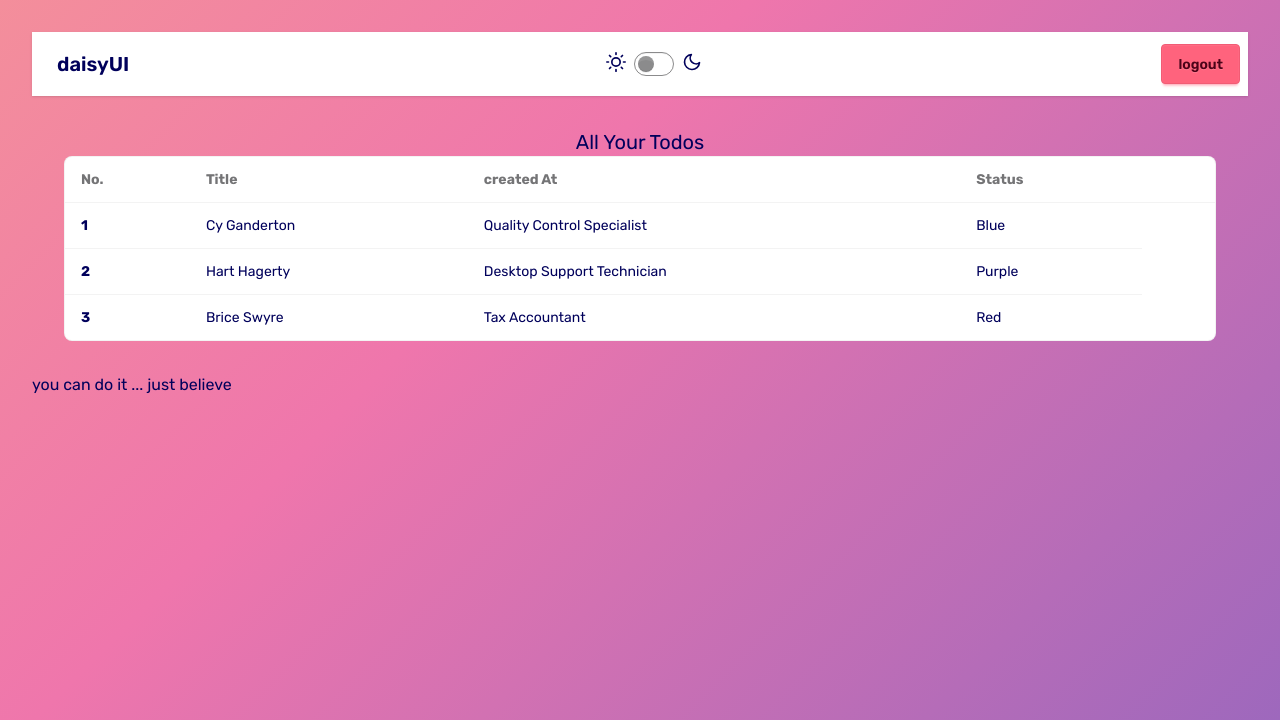
Repository: mariamnabil23/ToDo_App
Page: /
An editor plug-in stored every save of this project. The page is shown before and after a run of saves, followed by the edit.
The browser window is 1280 px wide. The pictures show the whole page.
Some web fonts or font styles are not loaded; a fallback is used. The project was rebuilt for these pictures with package versions that can differ from the ones it lists, and the page was loaded fresh each time. Requests to the local data server were answered from the project's data file. Also part of the build but not shown: vite.config.js, src/pages/Profile.jsx, src/pages/NotFound.jsx.

Above is the page before, as saved 2025-05-01 23:34:05.

### index.html
<!doctype html>
<html lang="en">
  <head>
    <meta charset="UTF-8" />
    <link rel="icon" type="image/svg+xml" href="/vite.svg" />
    <meta name="viewport" content="width=device-width, initial-scale=1.0" />

    <link rel="preconnect" href="https://fonts.googleapis.com">
<link rel="preconnect" href="https://fonts.gstatic.com" crossorigin>
<link href="https://fonts.googleapis.com/css2?family=Cairo:wght@200..1000&family=Indie+Flower&family=Poetsen+One&family=Rubik:ital,wght@0,300..900;1,300..900&family=Tagesschrift&family=Tajawal:wght@200;300;400;500;700;800;900&display=swap" rel="stylesheet">

    <title>ToDo App</title>
  </head>
  <body>
    <div id="root"></div>
    <script type="module" src="/src/main.jsx"></script>
  </body>
</html>

### src/main.jsx
import { StrictMode } from 'react'
import { createRoot } from 'react-dom/client'
import "./index.css"
import App from './App.jsx'
import { AuthContextProvider } from './context/AuthContext.jsx'
import { TodoContextProvider } from './context/TodoContext.jsx'
import { ThemeContextProvider } from './context/ThemeContext.jsx'

createRoot(document.getElementById('root')).render(
  <StrictMode>
    <AuthContextProvider>
      <TodoContextProvider>
        <ThemeContextProvider>
          <App />
        </ThemeContextProvider>
      </TodoContextProvider>
    </AuthContextProvider>
  </StrictMode>,
)

### src/index.css
@import "tailwindcss";
@plugin "daisyui";

body{
    min-height: 100vh;
    font-family: "Rubik", sans-serif;
    font-optical-sizing: auto;
    font-style: normal;
}


.app{
    min-height: 100vh;

    display: flex;
  flex-direction: column;
}

.lightMood {
  background: linear-gradient(-45deg, #4158D0, #ef76ac, #FFCC70, #00DBDE);
  background-size: 400% 400%;
  animation: gradientMove 10s ease infinite;
}

@keyframes gradientMove {
  0% {
    background-position: 0% 50%;
  }
  50% {
    background-position: 100% 50%;
  }
  100% {
    background-position: 0% 50%;
  }
}

.darkMood{
    background-color: rgb(1, 1, 62);
    color: bisque;

}

table, .navbar, .modal{
    color:  rgb(0, 0, 91);
}

### src/App.jsx
import { useContext } from "react"
import { ThemeContext } from "./context/ThemeContext"
import "./App.css"
import { BrowserRouter, Routes, Route } from 'react-router-dom';

import Layout from "./layout/Layout";
import Home from "./pages/Home"
import Profile from "./pages/Profile"
import NotFound from "./pages/NotFound"


function App() {

  const {dark} = useContext(ThemeContext);

  return (
    <>
      <div className={dark ? "app  darkMood" : "app  lightMood"}  >

      <BrowserRouter>
        <Routes>
          <Route path="/"  element={ <Layout/> } >

          <Route index={true}  element={ <Home/> } />
          <Route path="profile"  element={ <Profile/> } />
          <Route path="*" element={<NotFound />} />

          </Route>

        </Routes>
      </BrowserRouter>

      </div>
    </>
  )
}

export default App

### src/context/AuthContext.jsx
import axios from "axios";
import { createContext, useEffect, useState } from "react";
import emailjs from 'emailjs-com';
import toast from "react-hot-toast";


// 1- create context
export const AuthContext = createContext();

// 2- create provider function that contain all data we will send (value)
export const AuthContextProvider = ({ children }) => {
    const [allUsers, setAllUsers] = useState([]);
    const [currentUser, setCurrentUser] = useState(() => {
        const savedUser = sessionStorage.getItem("currentUser");
        return savedUser ? JSON.parse(savedUser) : null;
    });

    const urlAPI = "http://localhost:3000/users";
    // fetch all users from API
    const fetchUsers = () => {
        axios
            .get(urlAPI)
            .then((res) => setAllUsers(res.data))
            .catch((err) => console.log("Error fetching users ❌", err));
    };

    useEffect(() => {
        fetchUsers();

    }, []);

    // login
    const handleLogin = (userInfo) => {
        setCurrentUser(userInfo);
    };


    // register
    const handleRegister = (newUser) => {
        axios.post(urlAPI, newUser)
        .then((data)=>console.log(data.data))
        .catch((error)=(confirm.log("Failed to add new users in the app ❌")))
    };

    // logout
    const handleLogout = () => {
        setCurrentUser(null);
        sessionStorage.removeItem("currentUser");
    };




        const sendCompletedTodos = (userEmail, username, completedTodos) => {
      const completedList = completedTodos.map(todo => `• ${todo.title}`).join('\n');

      const templateParams = {
        to_email: userEmail,
        username: username,
        completedTodos: completedList
      };

      emailjs.send('service_qwtjd51', 'template_w157uec', templateParams, '08YRxWyjDgOt_r7sV')
        .then((res) => {
          toast.success('Email sent successfully! 📧');
          console.log(templateParams)
        })
        .catch((err) => {
          toast.error('Failed to send email ❌');
          console.error(err);
        });
    };






    // 3- wrapper everything to the context provider
    return (
        <AuthContext.Provider value={ { allUsers, currentUser, handleLogin, handleRegister, handleLogout, sendCompletedTodos } }>

            {children}

        </AuthContext.Provider>
    );
};

### src/context/TodoContext.jsx
import axios from "axios";
import { createContext, useEffect, useState } from "react";

export const TodoContext =  createContext();



export const TodoContextProvider =( {children} )=>{

    const [todos, setTodos] = useState([]);

    // fetch todos data
    useEffect(()=>{
        axios.get("http://localhost:3000/todos")
        .then((res)=>{
            console.log(res.data);
            setTodos(res.data);
        })
        .catch((error)=>(console.log("Error from Fetching Todos! ❌", error)))
    },[])


    // add todo
    const addTodo =(newTodo)=>{

    }

    // delete todo
    const deleteTodo =(id)=>{
        setTodos(  todos.filter( (todo) => (todo.id !== id) )  )
    }

    // edit todo state
    const editTodoState =()=>{

    }

    // clear all todos
    const clearAllTodos =()=>{
        setTodos( null )
    }


    return <TodoContext.Provider  value={{todos}} >
        {children}
    </TodoContext.Provider>
}

### src/context/ThemeContext.jsx
import { createContext, useState } from "react";

export const ThemeContext =  createContext();

export const ThemeContextProvider =( {children} )=>{

    const [dark, setDark] = useState(() => {
        const saved = sessionStorage.getItem("darkTheme");
        return saved === "true";         // output ===> false
    });

    const switchTheme = () => {
    setDark((prev) => {
        const newValue = !prev;         // newValue = true ===> dark
        sessionStorage.setItem("darkTheme", newValue);
        return newValue;
    });
    };

    return <ThemeContext.Provider  value={{dark, switchTheme}} >
        {children}
    </ThemeContext.Provider>
}

### src/App.css
.app {
    min-height: 100vh;
    padding: 2rem;
    transition: all 0.3s ease;
}

.lightMood{
    background-color: bisque;
    color: rgb(0, 0, 91);
}
.darkMood{
    background-color: rgb(0, 0, 91);
    color: bisque;
}

### src/layout/Layout.jsx
import React from 'react'
import Navbar from "../components/Navbar"
import Footer from "../components/Footer"

import { Outlet } from 'react-router-dom';


const Layout = () => {
    return (
        <div>
            <Navbar/>

            <main style={{ padding: '2rem' }}>
                <Outlet />
            </main>

            <Footer/>
        </div>
    )
}

export default Layout

### src/pages/Home.jsx
import React from 'react'

const Home = () => {
  return (
    <>
    <h1 className='text-center text-xl' >All Your Todos</h1>
    <div className="overflow-x-auto rounded-box border border-base-content/5 bg-base-100">
  <table className="table">
    {/* head */}
    <thead>
      <tr>
        <th>No.</th>
        <th>Title</th>
        <th>created At</th>
        <th>Status</th>
        <th>

        </th>
      </tr>
    </thead>
    <tbody>
      {/* row 1 */}
      <tr>
        <th>1</th>
        <td>Cy Ganderton</td>
        <td>Quality Control Specialist</td>
        <td>Blue</td>
      </tr>
      {/* row 2 */}
      <tr>
        <th>2</th>
        <td>Hart Hagerty</td>
        <td>Desktop Support Technician</td>
        <td>Purple</td>
      </tr>
      {/* row 3 */}
      <tr>
        <th>3</th>
        <td>Brice Swyre</td>
        <td>Tax Accountant</td>
        <td>Red</td>
      </tr>
    </tbody>
  </table>
</div>
    </>
  )
}

export default Home

### src/components/Navbar.jsx
import React from 'react'
import Theme from './Theme'

const Navbar = () => {
  return (
    <>
      <div className="navbar bg-base-100 shadow-sm flex justify-between items-center">
        <a className="btn btn-ghost text-xl">daisyUI</a>

<Theme/>

        <button className='btn btn-error'>logout</button>
      </div>
    </>
  )
}

export default Navbar

### src/components/Footer.jsx
import React from 'react'

const Footer = () => {
    return (
        <div>
            <h1>you can do it ... just believe</h1>
        </div>
    )
}

export default Footer

### src/components/Theme.jsx
import React, { useContext } from 'react'
import { ThemeContext } from '../context/ThemeContext'


const Theme = () => {

    const {dark, switchTheme} = useContext(ThemeContext);


    return (
        <>
        <label className="flex cursor-pointer gap-2">
        <svg
            xmlns="http://www.w3.org/2000/svg"
            width="20"
            height="20"
            viewBox="0 0 24 24"
            fill="none"
            stroke="currentColor"
            strokeWidth="2"
            strokeLinecap="round"
            strokeLinejoin="round">
            <circle cx="12" cy="12" r="5" />
            <path
            d="M12 1v2M12 21v2M4.2 4.2l1.4 1.4M18.4 18.4l1.4 1.4M1 12h2M21 12h2M4.2 19.8l1.4-1.4M18.4 5.6l1.4-1.4" />
        </svg>
        <input type="checkbox" value="synthwave" className="toggle theme-controller"  checked={dark}  onChange={switchTheme} />
        <svg
            xmlns="http://www.w3.org/2000/svg"
            width="20"
            height="20"
            viewBox="0 0 24 24"
            fill="none"
            stroke="currentColor"
            strokeWidth="2"
            strokeLinecap="round"
            strokeLinejoin="round">
            <path d="M21 12.79A9 9 0 1 1 11.21 3 7 7 0 0 0 21 12.79z"></path>
        </svg>
    </label>
        </>
    )
}

export default Theme

### db.json
{
"todos": [
    {
        "id": 1,
        "title": "task 1",
        "done": false,
        "userId": 1,
        "createdAt": "2025-04-30T10:15:00Z"
    },
    {
        "id": 2,
        "title": "task2",
        "done": true,
        "userId": 1,
        "createdAt": "2025-04-30T10:15:00Z"
    },
    {
        "id": 3,
        "title": "task3",
        "done": true,
        "userId": 2,
        "createdAt": "2025-04-30T10:15:00Z"
    },
    {
        "id": 4,
        "title": "task4",
        "done": false,
        "userId": 2,
        "createdAt": "2025-04-30T10:15:00Z"
    }
],


"users": [
    {
        "id": 1,
        "username": "mona",
        "password": "1234",
        "image": "data:[embedded picture, 5635 characters]"
    },
    {
        "id": 2,
        "username": "ahmed",
        "password": "abcd",
        "image": "data:[embedded picture, 5751 characters]"
    }
]

}

After the next 2 saves:
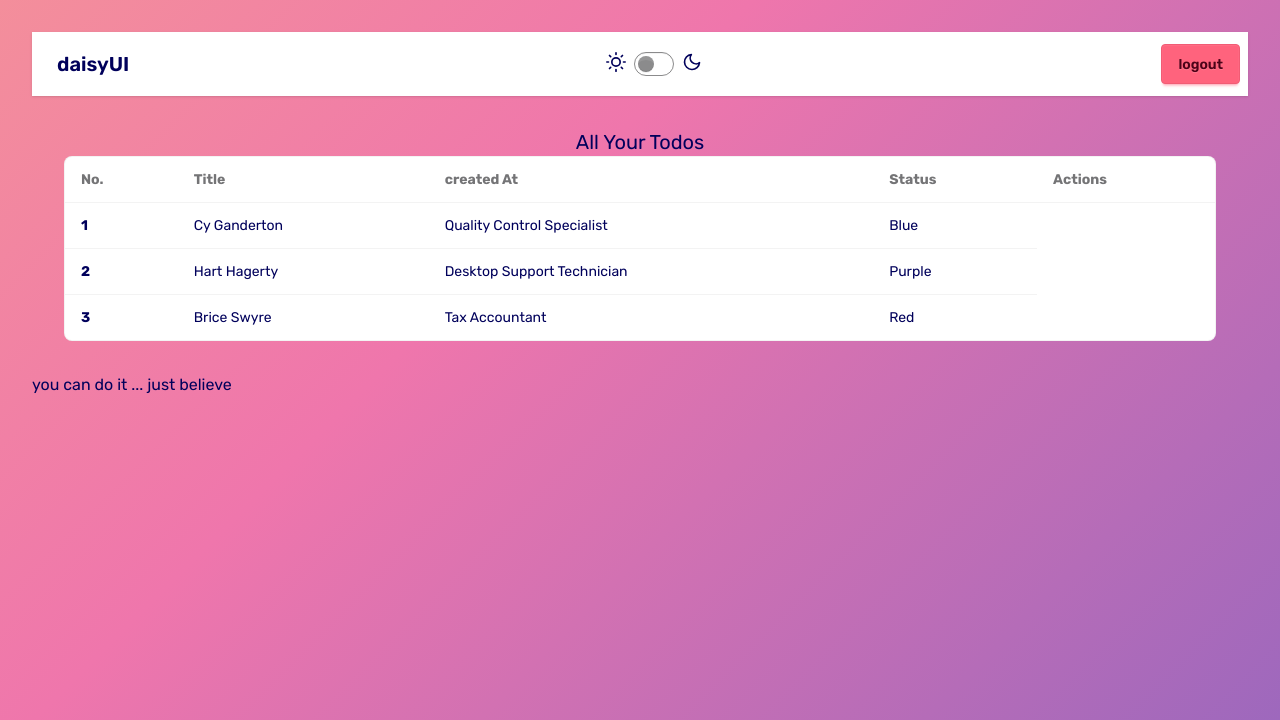
The 2 saves are shown as one change because they came seconds apart.
The last was saved 35 s later.
--- a/src/pages/Home.jsx
+++ b/src/pages/Home.jsx
@@ -13,9 +13,7 @@ const Home = () => {
         <th>Title</th>
         <th>created At</th>
         <th>Status</th>
-        <th>
-
-        </th>
+        <th>Actions</th>
       </tr>
     </thead>
     <tbody>
